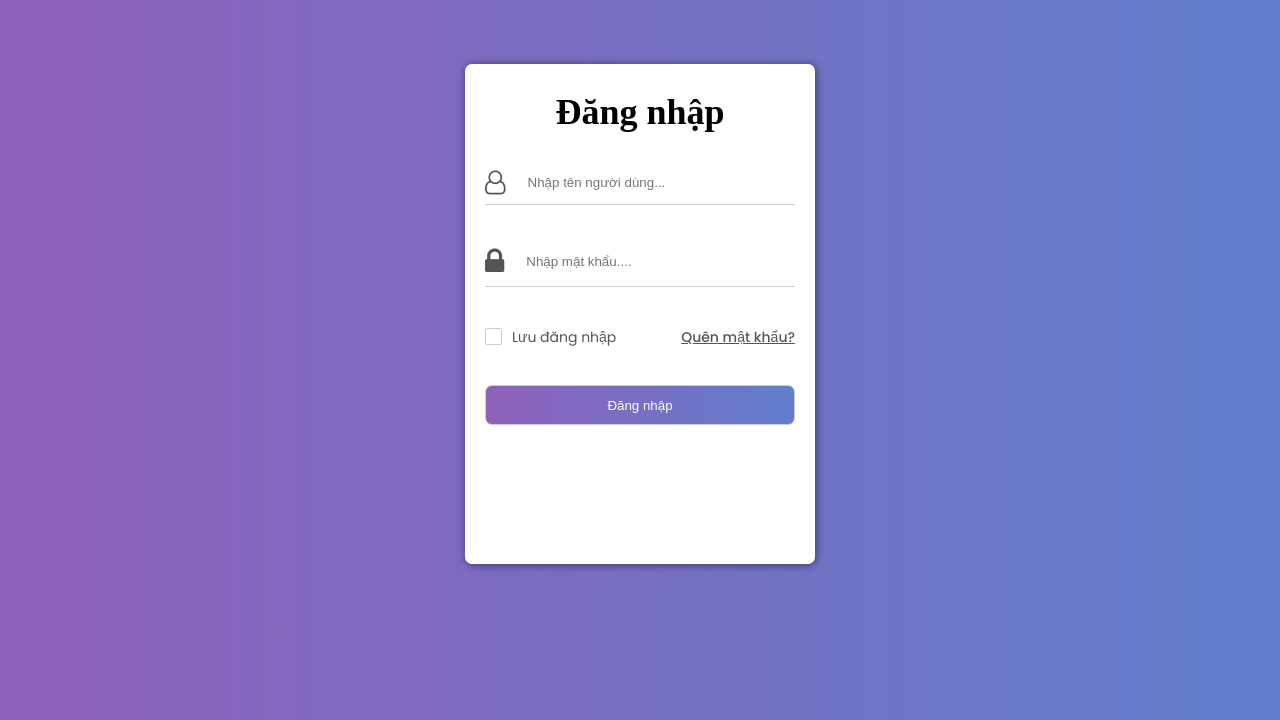
Repository: Nieday306/shophoaqua
Page: login.html
An editor plug-in stored every save of this project. The page is shown before and after the next save, followed by the edit.
The browser window is 1280 px wide. The pictures show the whole page.

Above is the page before, as saved 2024-04-06 18:35:29.

After the next save:
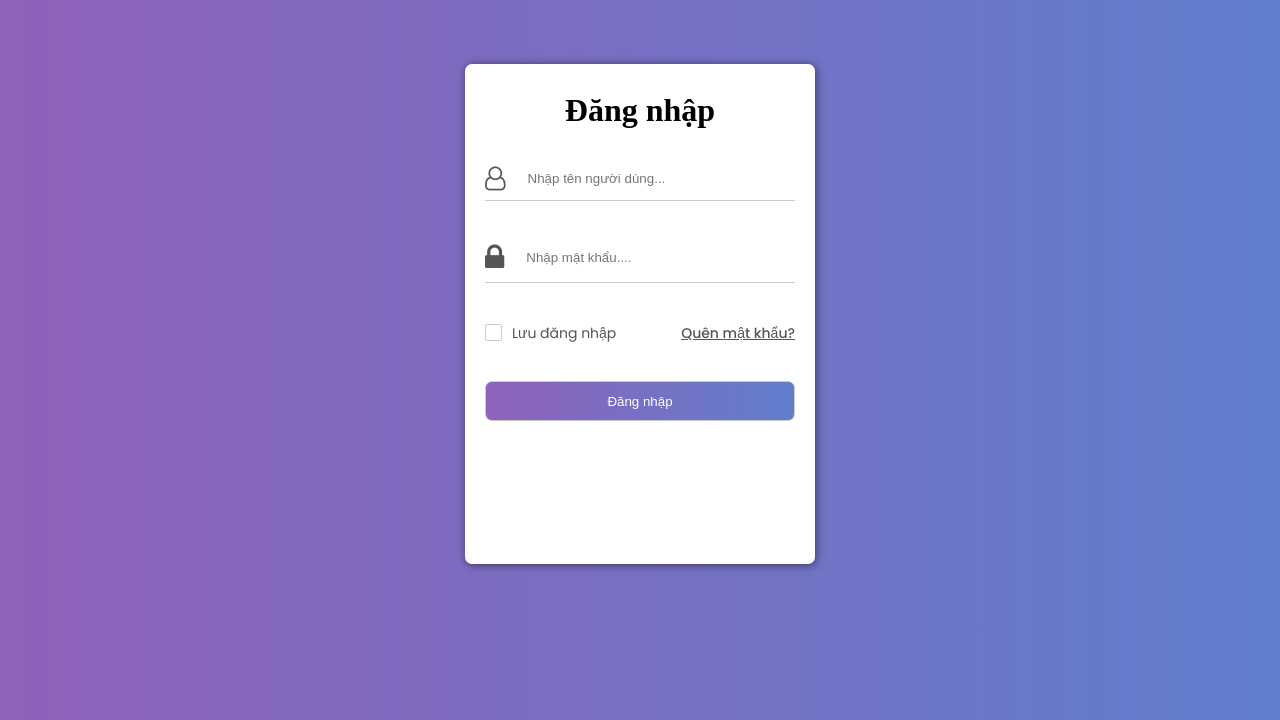
Saved 25 s later.
--- a/assets/css/login.css
+++ b/assets/css/login.css
@@ -38,7 +38,7 @@ main {
 .login-title {
   margin-top: 30px;
   font-family: "Times New Roman", Times, serif;
-  font-size: 3.6rem;
+  font-size: 3.2rem;
   font-weight: 600;
   color: #000;
   text-align: center;
